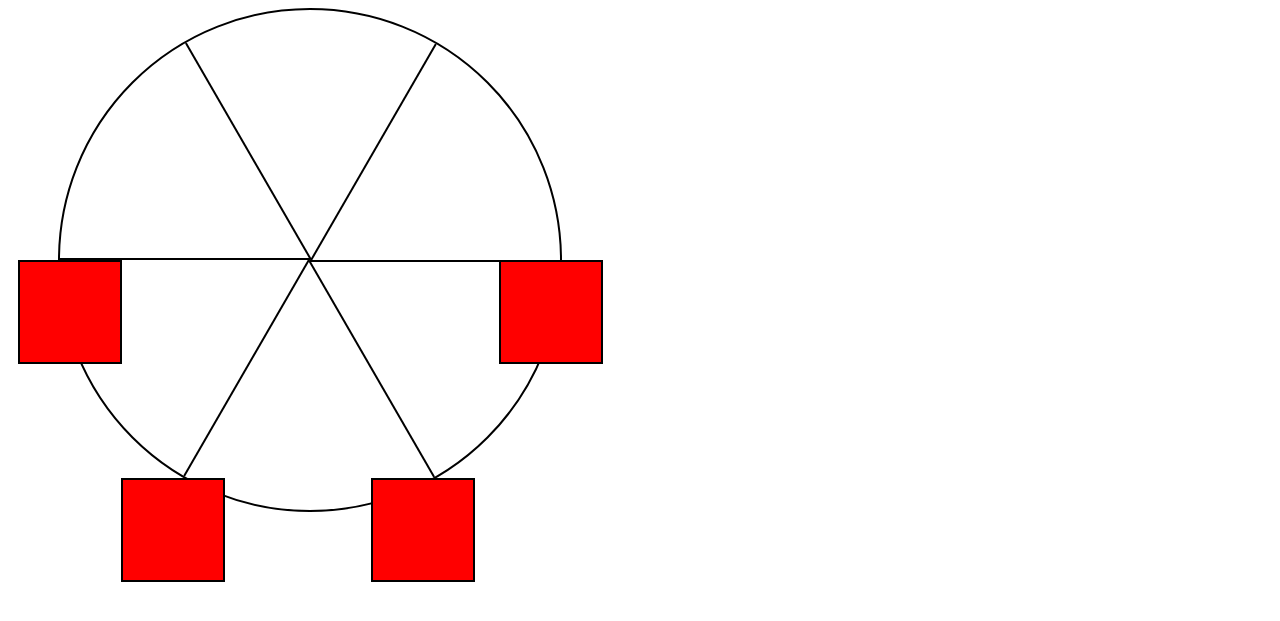
Repository: Lungdjos/ferris_wheel
Page: index.html
An editor plug-in stored every save of this project. The page is shown before and after the next save, followed by the edit.
The browser window is 1280 px wide. The pictures show the whole page.

Above is the page before, as saved 2024-01-11 09:21:05.

After the next save:
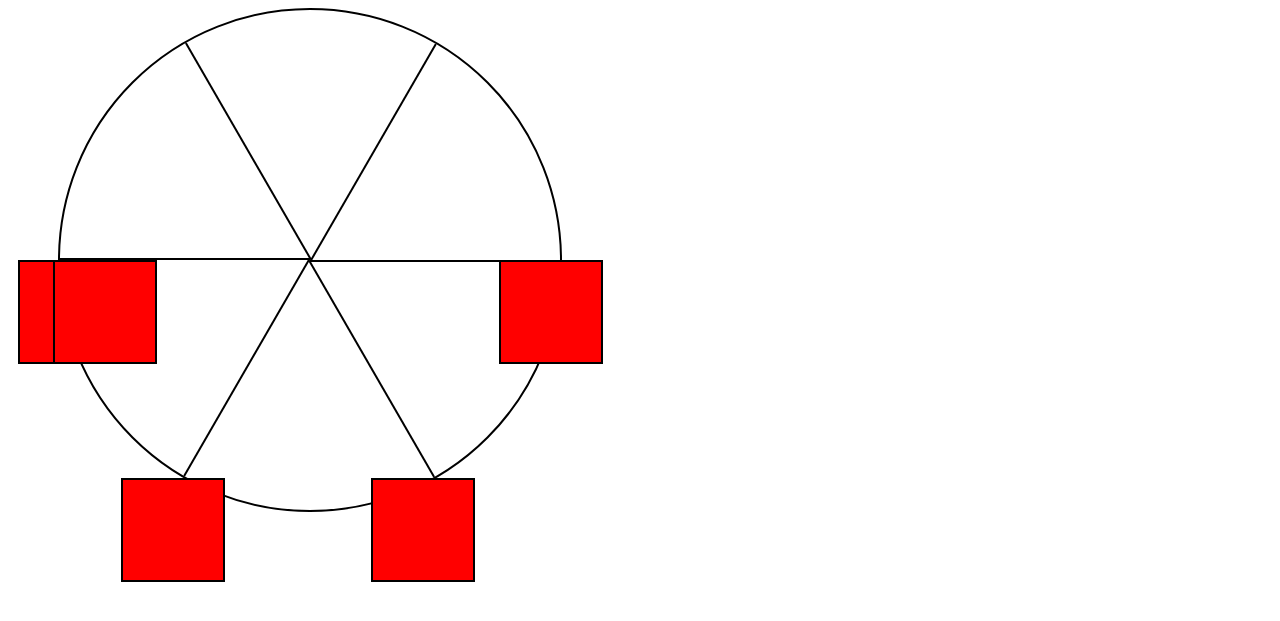
Saved 44 s later.
--- a/styles.css
+++ b/styles.css
@@ -82,6 +82,6 @@
 }
 
 .cabin:nth-of-type(6) {
-    left: -8.5%;
+    left: -1.5%;
     top: 50%;
 }
